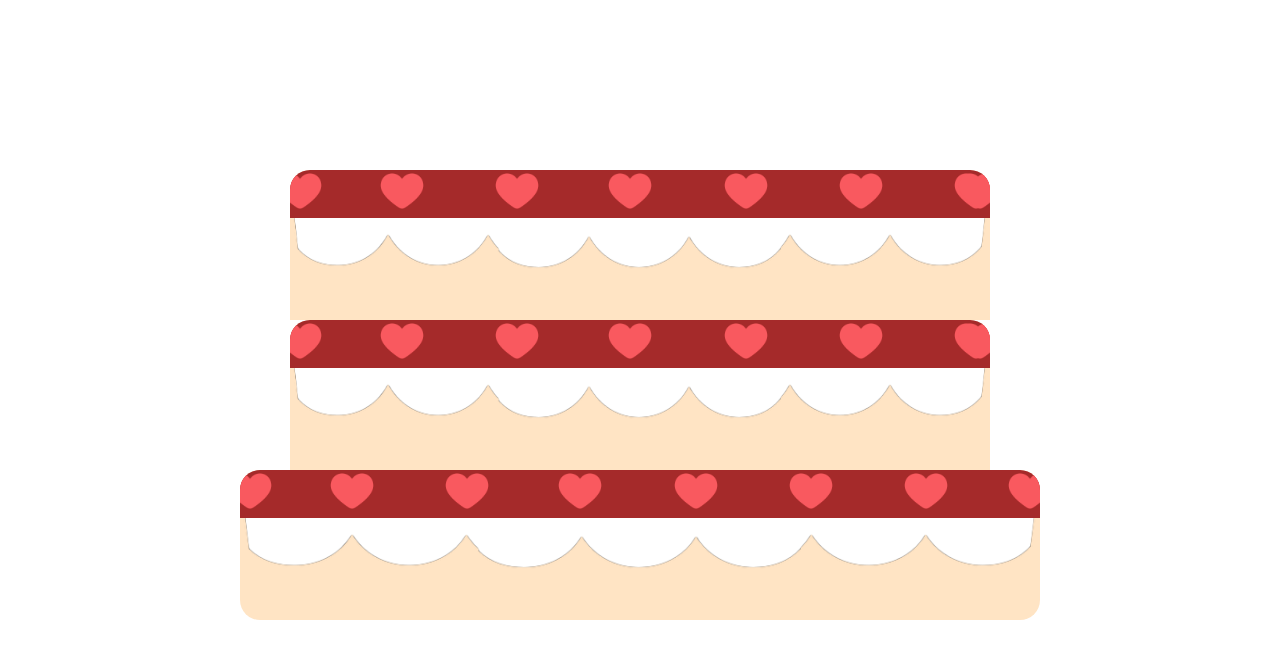
Repository: iphoneboy46/happybirthday
Page: index.html
The author's editor kept a copy of each file at every save. The page is drawn from the files as they stood at one save, then again after the next save.
The browser window is 1280 px wide. The pictures show the whole page.

Above is the page before, as saved 2022-11-28 14:43:53.

### index.html
<!DOCTYPE html>
<html lang="en">
  <head>
    <meta charset="UTF-8" />
    <meta http-equiv="X-UA-Compatible" content="IE=edge" />
    <meta name="viewport" content="width=device-width, initial-scale=1.0" />
    <title>Happy Birthday</title>
    <link rel="stylesheet" href="style.css" />
  </head>
  <body>
    <div class="container">
      <div class="cake">
        <div class="top--cake">
            <div class="img-wavy">
              <img src="image/img1.png" alt="" />
            </div>

            <div class="img-heart-1">
              <img src="image/heart.png" alt="" />
            </div>
            <div class="img-heart-2">
              <img src="image/heart.png" alt="" />
            </div>
            <div class="img-heart-3">
              <img src="image/heart.png" alt="" />
            </div>
            <div class="img-heart-4">
              <img src="image/heart.png" alt="" />
            </div>
            <div class="img-heart-5">
              <img src="image/heart.png" alt="" />
            </div>
            <div class="img-heart-6">
              <img src="image/heart.png" alt="" />
            </div>
            <div class="img-heart-7">
              <img src="image/heart.png" alt="" />
            </div>
            <div class="img-heart-8">
              <img src="image/heart.png" alt="" />
            </div>

            <div class="border-cake"></div>
          </div>
        <div class="center--cake">
          <div class="img-wavy">
            <img src="image/img1.png" alt="" />
          </div>

          <div class="img-heart-1">
            <img src="image/heart.png" alt="" />
          </div>
          <div class="img-heart-2">
            <img src="image/heart.png" alt="" />
          </div>
          <div class="img-heart-3">
            <img src="image/heart.png" alt="" />
          </div>
          <div class="img-heart-4">
            <img src="image/heart.png" alt="" />
          </div>
          <div class="img-heart-5">
            <img src="image/heart.png" alt="" />
          </div>
          <div class="img-heart-6">
            <img src="image/heart.png" alt="" />
          </div>
          <div class="img-heart-7">
            <img src="image/heart.png" alt="" />
          </div>
          <div class="img-heart-8">
            <img src="image/heart.png" alt="" />
          </div>

          <div class="border-cake"></div>
        </div>
        <div class="bottom--cake">
          <div class="img-wavy">
            <img src="image/img1.png" alt="" />
          </div>

          <div class="img-heart-1">
            <img src="image/heart.png" alt="" />
          </div>
          <div class="img-heart-2">
            <img src="image/heart.png" alt="" />
          </div>
          <div class="img-heart-3">
            <img src="image/heart.png" alt="" />
          </div>
          <div class="img-heart-4">
            <img src="image/heart.png" alt="" />
          </div>
          <div class="img-heart-5">
            <img src="image/heart.png" alt="" />
          </div>
          <div class="img-heart-6">
            <img src="image/heart.png" alt="" />
          </div>
          <div class="img-heart-7">
            <img src="image/heart.png" alt="" />
          </div>
          <div class="img-heart-8">
            <img src="image/heart.png" alt="" />
          </div>

          <div class="border-cake"></div>
        </div>
      </div>
    </div>
  </body>
</html>

### style.css
*{
    padding: 0;
    margin: 0;
    box-sizing: border-box;
}

.container{
   height: 100vh;
   display: flex;
   justify-content: center;
   align-items: flex-end;
}

.cake{
    display: flex;
    flex-direction: column;
    justify-content:center;
    align-items:center
}


.top--cake{
    position: relative;
    overflow: hidden;
    width: 700px;
    height:150px;
    background-color: bisque;
    border-top-left-radius:20px;
    border-top-right-radius:20px;

}



.center--cake{
    position: relative;
    overflow: hidden;
    width: 700px;
    height:150px;
    background-color: bisque;
    border-top-left-radius:20px;
    border-top-right-radius:20px;

}


.bottom--cake{
    position: relative;
    overflow: hidden;
    width: 800px;
    height:150px;
    background-color: bisque;
    border-radius:20px;
    margin-bottom: 100px;
}



.img-wavy{
    width: 100%;
    height: 100px;
}

.img-wavy img{
    width: 100%;
    height: 100%;
}

.img-heart-1{
    z-index: 3;
    position: absolute;
    top: -4px;
    left: -15px;
    width:50px;
    height:50px;
}


.img-heart-1 img{
    width: 100%;
    height: 100%;
}

.img-heart-2{
    z-index: 3;
    position: absolute;
    top: -4px;
    left: 87px;
    width:50px;
    height:50px;
}


.img-heart-2 img{
    width: 100%;
    height: 100%;
}


.img-heart-3{
    z-index: 3;
    position: absolute;
    top: -4px;
    left: 202px;
    width:50px;
    height:50px;
}


.img-heart-3 img{
    width: 100%;
    height: 100%;
}

.img-heart-4{
    z-index: 3;
    position: absolute;
    top: -4px;
    left: 315px;
    width:50px;
    height:50px;
}


.img-heart-4 img{
    width: 100%;
    height: 100%;
}

.img-heart-5{
    z-index: 3;
    position: absolute;
    top: -4px;
    left: 431px;
    width:50px;
    height:50px;
}


.img-heart-5 img{
    width: 100%;
    height: 100%;
}

.img-heart-6{
    z-index: 3;
    position: absolute;
    top: -4px;
    left: 546px;
    width:50px;
    height:50px;
}


.img-heart-6 img{
    width: 100%;
    height: 100%;
}

.img-heart-7{
    z-index: 3;
    position: absolute;
    top: -4px;
    left: 661px;
    width:50px;
    height:50px;
}


.img-heart-7 img{
    width: 100%;
    height: 100%;
}

.img-heart-8{
    z-index: 3;
    position: absolute;
    top: -4px;
    right: -15px;
    width:50px;
    height:50px;
}


.img-heart-8 img{
    width: 100%;
    height: 100%;
}



.border-cake{
    z-index: 2;
    position: absolute;
    top: 0;
    width: 100%;
    height: 48px;
    background-color: brown;
}

After the next save:
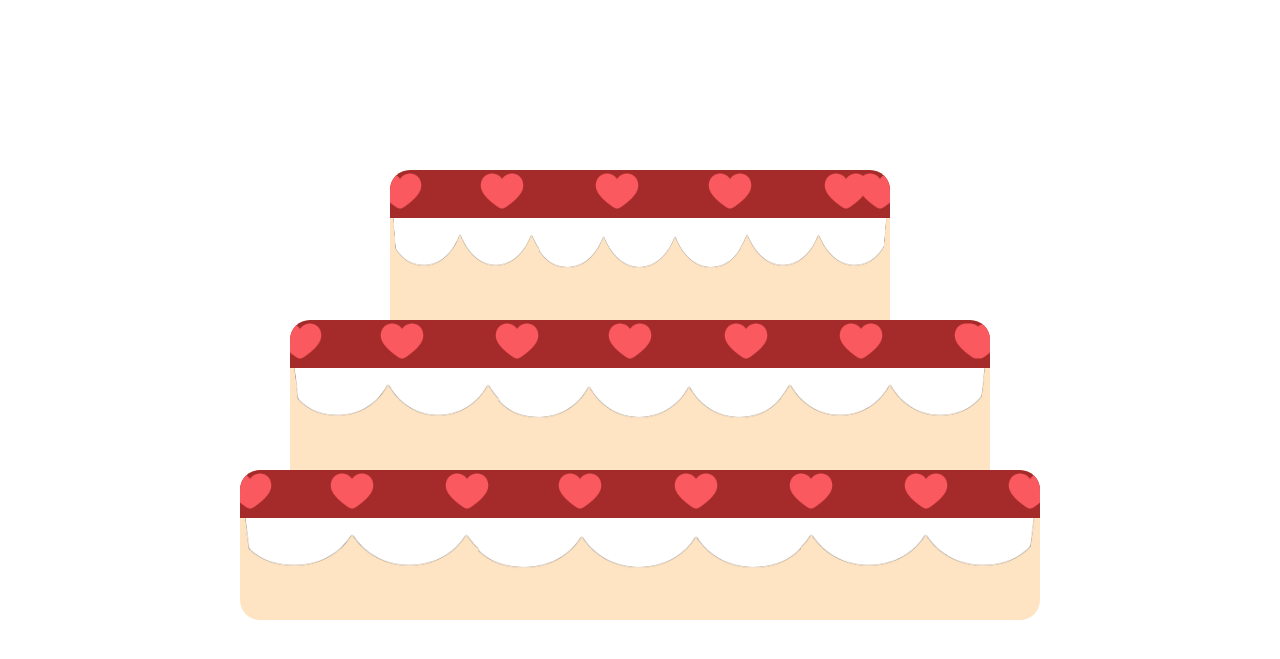
Saved 26 s later.
--- a/style.css
+++ b/style.css
@@ -22,7 +22,7 @@
 .top--cake{
     position: relative;
     overflow: hidden;
-    width: 700px;
+    width: 500px;
     height:150px;
     background-color: bisque;
     border-top-left-radius:20px;
